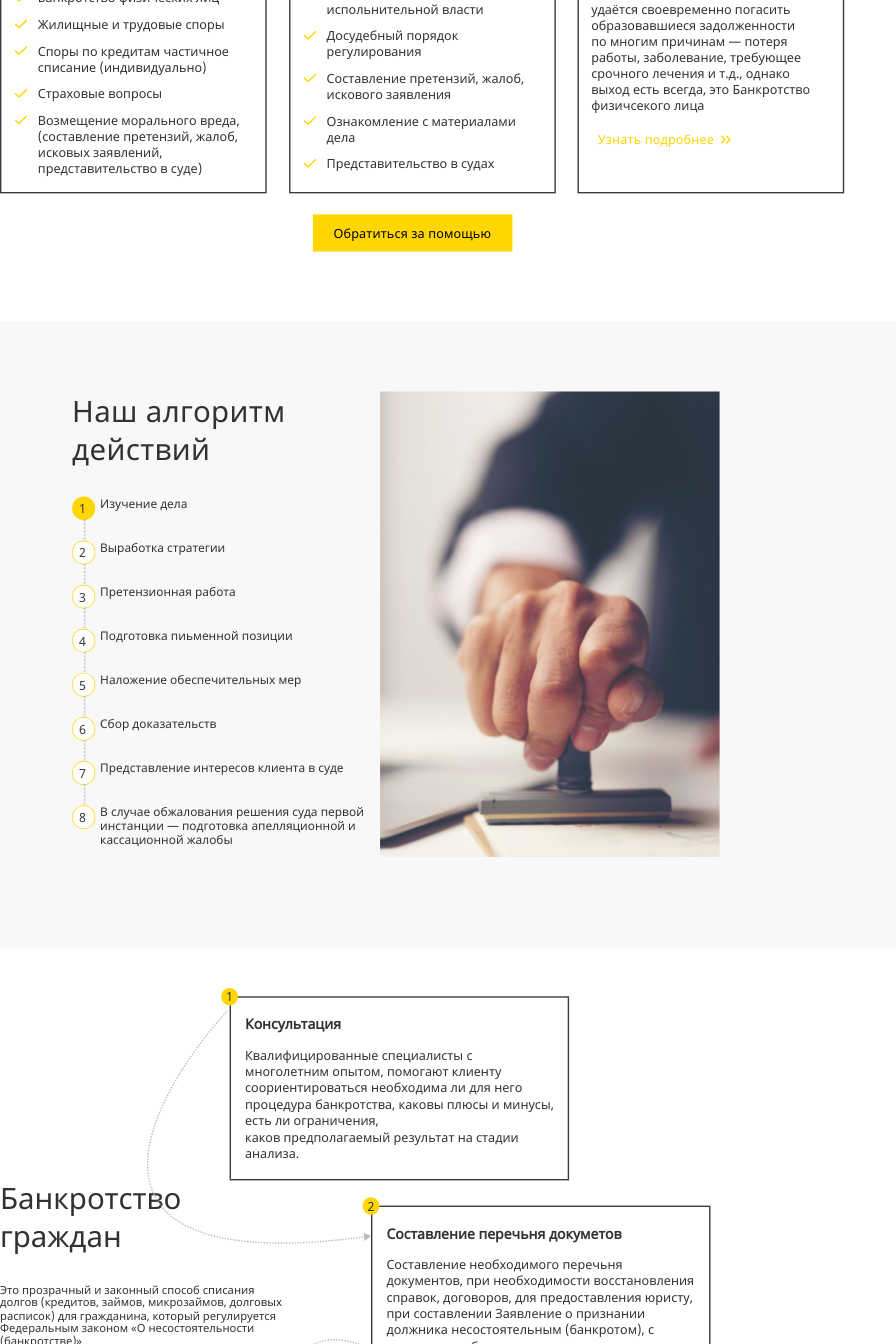
Repository: Nisovaki/antei
Page: http://localhost/
An editor plug-in stored every save of this project. The page is shown before and after the next save, followed by the edit.
The browser window is 1280 px wide. The pictures show the part of the page from y = 1846 to 3766 px (the page is 6074 px tall), at 70% of full size.
The page is run by PHP 8.4 with error messages shown; the project is at /var/www/html/. Style sheets and scripts are compiled from the project's sources, by tool versions that may differ from the author's.

Above is the page before, as saved 2022-03-19 02:12:34.

After the next save:
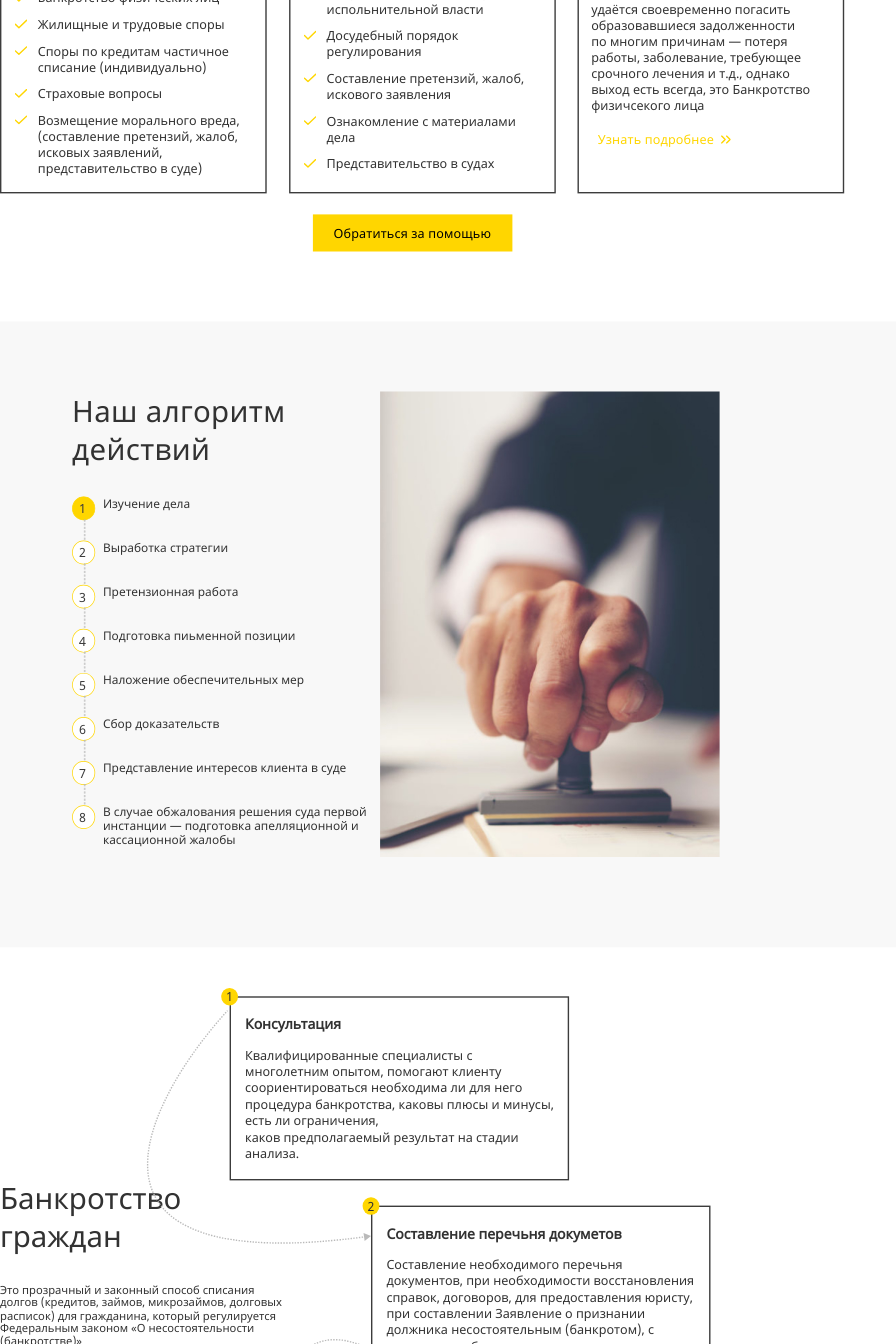
Saved 70 s later.
--- a/sass/block/_algorithm.sass
+++ b/sass/block/_algorithm.sass
@@ -35,7 +35,7 @@ ol
     li
         counter-increment: num
         margin: 0
-        padding: 0 0 43px 40px
+        padding: 0 0 43px 44px
         position: relative
         line-height: 20px
         &::marker
